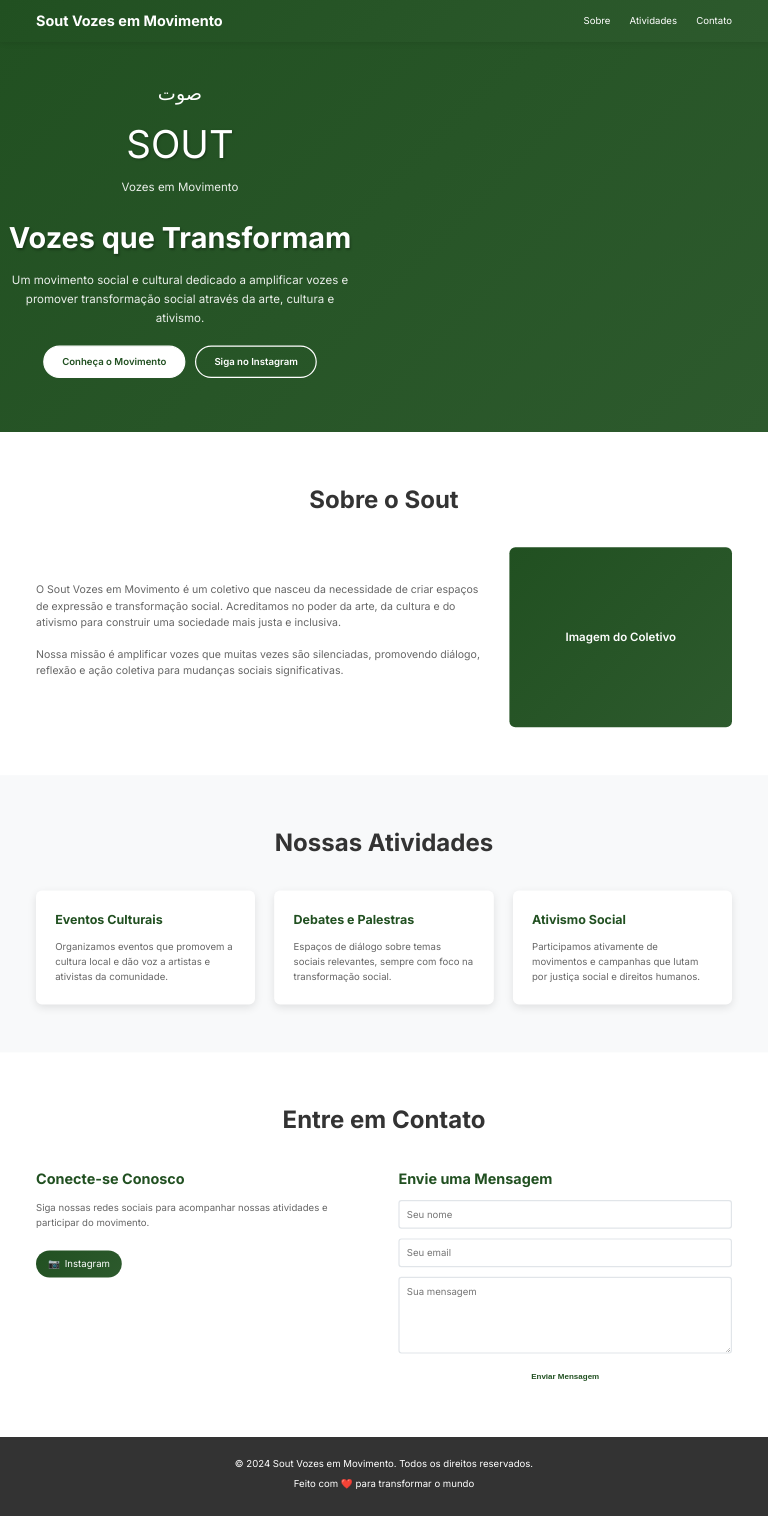
Repository: farukzahra/sout
Page: index.html
The author's editor kept a copy of each file at every save. The page is drawn from the files as they stood at one save, then again after a run of saves.
The browser window is 1280 px wide. The pictures show the whole page, at 60% of full size.

Above is the page before, as saved 2025-10-02 12:56:26.

After the next 3 saves:
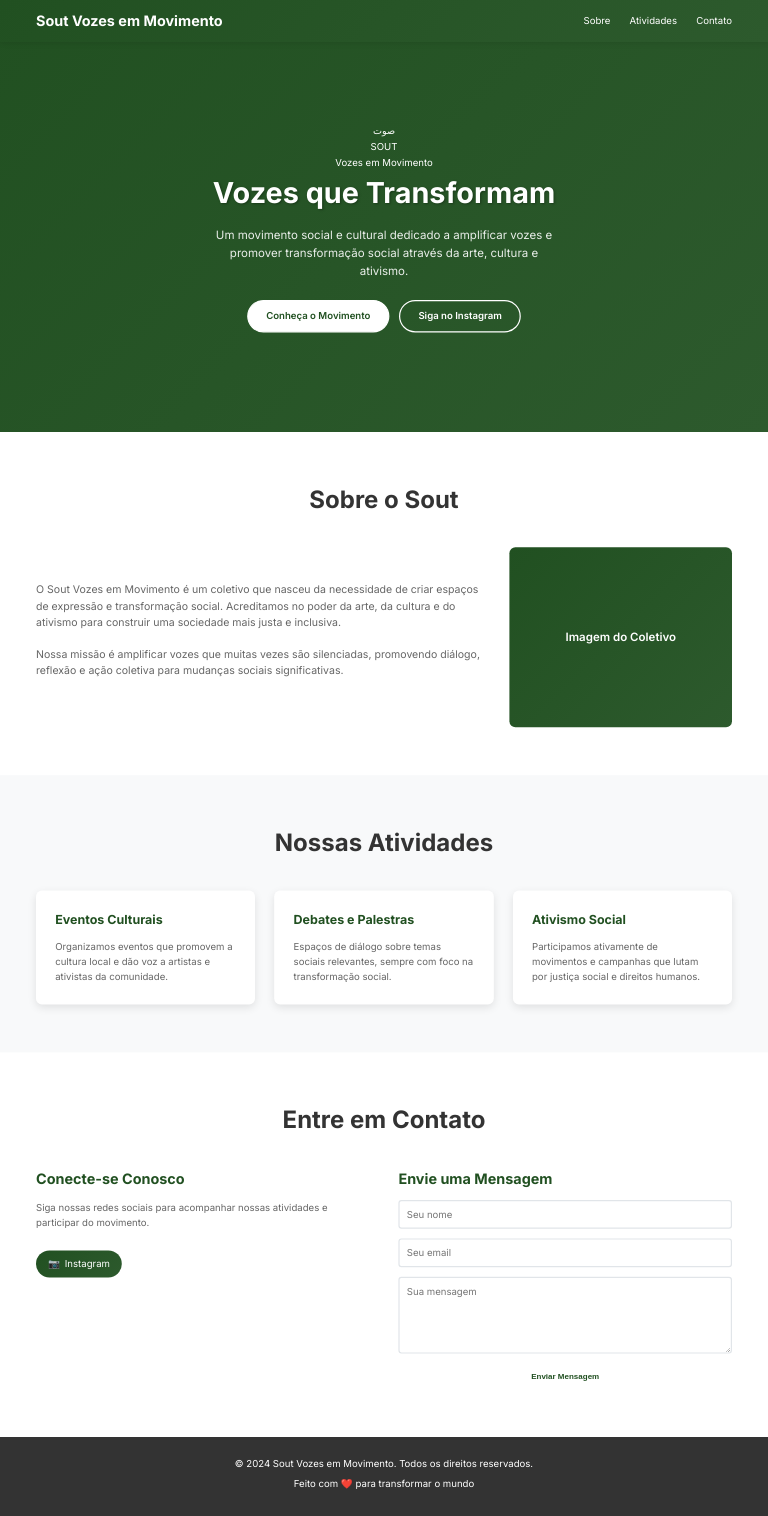
The 3 saves are shown as one change because they came seconds apart.
The last was saved 9 s later.
--- a/style.css
+++ b/style.css
@@ -66,33 +66,21 @@ body {
     min-height: 100vh;
     display: flex;
     align-items: center;
-}
-
-.hero-logo {
-    margin-bottom: 2rem;
-}
-
-.hero-logo .logo-text {
-    font-size: 2rem;
-    margin-bottom: 0.5rem;
-}
-
-.hero-logo .logo-main {
-    font-size: 4rem;
-    margin-bottom: 0.3rem;
-    text-shadow: 2px 2px 4px rgba(0,0,0,0.3);
-}
-
-.hero-logo .logo-subtitle {
-    font-size: 1.2rem;
-    opacity: 0.9;
-}
+    justify-content: center;
+}
+
 
 .hero-content h2 {
     font-size: 3rem;
     font-weight: 700;
     margin-bottom: 1rem;
     text-shadow: 2px 2px 4px rgba(0,0,0,0.3);
+}
+
+.hero-content {
+    max-width: 800px;
+    margin: 0 auto;
+    padding: 0 20px;
 }
 
 .hero-content p {
